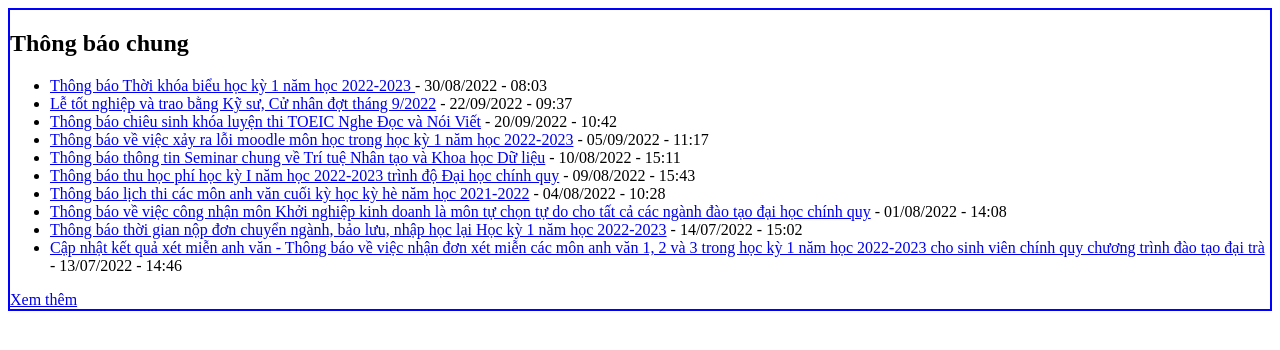
Repository: HoangDuy315/web-dev2022
Page: ex3.html
These files come from the project's save history. The page is drawn as it stood at one moment and after the next save; the edit follows.
The browser window is 1280 px wide. The pictures show the whole page.

Above is the page before, as saved 2022-09-22 15:46:25.

### ex3.html
<!DOCTYPE html>
<html lang="en">
<head>
	<meta charset="UTF-8">
	<title>HTML5</title>
	<link rel="stylesheet" href="app.css">
</head>
<body>

	<!--your work-->
	<div style="border: 2px solid blue;margin-left: 0;margin-right: auto;">
	<h2>Thông báo chung</h2>
	<div  class="content"> <div class="view view-hien-thi-bai-viet-moi view-id-hien_thi_bai_viet_moi view-display-id-block view-dom-id-68b86105987e3bca1dbd3f3334ddd50f">



		<div class="view-content">
		<div class="item-list">    <ul>          <li class="views-row views-row-1 views-row-odd views-row-first">
			<a href="https://daa.uit.edu.vn/thongbao/thong-bao-thoi-khoa-bieu-hoc-ky-1-nam-hoc-2022-2023">Thông báo Thời khóa biểu học kỳ 1 năm học 2022-2023 </a>        -
			30/08/2022 - 08:03  </li>
			<li class="views-row views-row-2 views-row-even">
			<a href="https://daa.uit.edu.vn/thongbao/le-tot-nghiep-va-trao-bang-ky-su-cu-nhan-dot-thang-92022">Lễ tốt nghiệp và trao bằng Kỹ sư, Cử nhân đợt tháng 9/2022</a>        -
			22/09/2022 - 09:37  </li>
			<li class="views-row views-row-3 views-row-odd">
			<a href="https://daa.uit.edu.vn/thongbao/thong-bao-chieu-sinh-khoa-luyen-thi-toeic-nghe-doc-va-noi-viet">Thông báo chiêu sinh khóa luyện thi TOEIC Nghe Đọc và Nói Viết</a>        -
			20/09/2022 - 10:42  </li>
			<li class="views-row views-row-4 views-row-even">
			<a href="https://daa.uit.edu.vn/thongbao/thong-bao-ve-viec-xay-ra-loi-moodle-mon-hoc-trong-hoc-ky-1-nam-hoc-2022-2023">Thông báo về việc xảy ra lỗi moodle môn học trong học kỳ 1 năm học 2022-2023</a>        -
			05/09/2022 - 11:17  </li>
			<li class="views-row views-row-5 views-row-odd">
			<a href="https://daa.uit.edu.vn/thongbao/thong-bao-thong-tin-seminar-chung-ve-tri-tue-nhan-tao-va-khoa-hoc-du-lieu">Thông báo thông tin Seminar chung về Trí tuệ Nhân tạo và Khoa học Dữ liệu</a>        -
			10/08/2022 - 15:11  </li>
			<li class="views-row views-row-6 views-row-even">
			<a href="https://daa.uit.edu.vn/thongbao/thong-bao-thu-hoc-phi-hoc-ky-i-nam-hoc-2022-2023-trinh-do-dai-hoc-chinh-quy">Thông báo thu học phí học kỳ I năm học 2022-2023 trình độ Đại học chính quy</a>        -
			09/08/2022 - 15:43  </li>
			<li class="views-row views-row-7 views-row-odd">
			<a href="https://daa.uit.edu.vn/thongbao/thong-bao-lich-thi-cac-mon-anh-van-cuoi-ky-hoc-ky-he-nam-hoc-2021-2022">Thông báo lịch thi các môn anh văn cuối kỳ học kỳ hè năm học 2021-2022</a>        -
			04/08/2022 - 10:28  </li>
			<li class="views-row views-row-8 views-row-even">
			<a href="https://daa.uit.edu.vn/thongbao/thong-bao-ve-viec-cong-nhan-mon-khoi-nghiep-kinh-doanh-la-mon-tu-chon-tu-do-cho-tat-ca-cac">Thông báo về việc công nhận môn Khởi nghiệp kinh doanh là môn tự chọn tự do cho tất cả các ngành đào tạo đại học chính quy</a>        -
			01/08/2022 - 14:08  </li>
			<li class="views-row views-row-9 views-row-odd">
			<a href="https://daa.uit.edu.vn/thongbao/thong-bao-thoi-gian-nop-don-chuyen-nganh-bao-luu-nhap-hoc-lai-hoc-ky-1-nam-hoc-2022-2023">Thông báo thời gian nộp đơn chuyển ngành, bảo lưu, nhập học lại Học kỳ 1 năm học 2022-2023</a>        -
			14/07/2022 - 15:02  </li>
			<li class="views-row views-row-10 views-row-even views-row-last">
			<a href="https://daa.uit.edu.vn/thongbao/cap-nhat-ket-qua-xet-mien-anh-van-thong-bao-ve-viec-nhan-don-xet-mien-cac-mon-anh-van-1-2-1">Cập nhật kết quả xét miễn anh văn - Thông báo về việc nhận đơn xét miễn các môn anh văn 1, 2 và 3 trong học kỳ 1 năm học 2022-2023 cho sinh viên chính quy chương trình đào tạo đại trà</a>        -
			13/07/2022 - 14:46  </li>
		</ul></div>    </div>




  <div class="more-link">
	<a href="https://daa.uit.edu.vn/thong-bao-chung">
	  Xem thêm  </a>
  </div>

</div>

  </div> </div>

</body>
</html>

Loaded but not shown: lab4/src/App.css (common file)

After the next save:
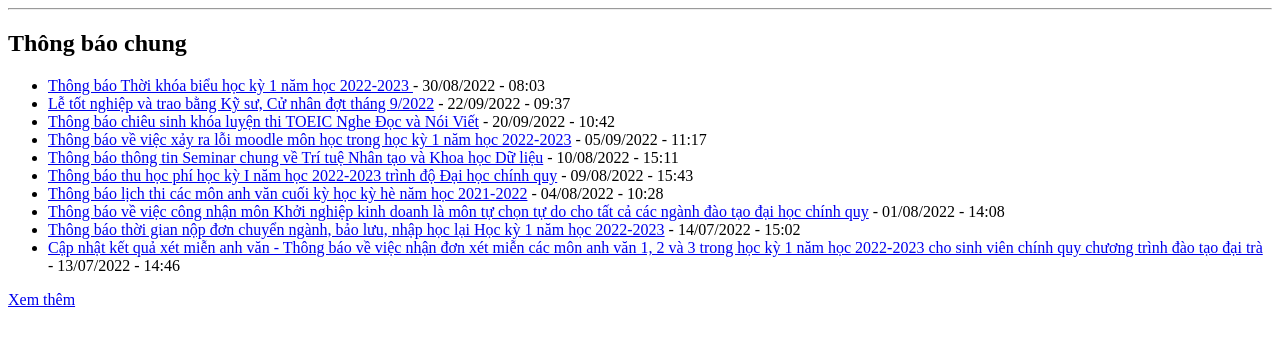
Saved 15 s later.
--- a/ex3.html
+++ b/ex3.html
@@ -8,7 +8,7 @@
 <body>
 
 	<!--your work-->
-	<div style="border: 2px solid blue;margin-left: 0;margin-right: auto;">
+	<hr>
 	<h2>Thông báo chung</h2>
 	<div  class="content"> <div class="view view-hien-thi-bai-viet-moi view-id-hien_thi_bai_viet_moi view-display-id-block view-dom-id-68b86105987e3bca1dbd3f3334ddd50f">
 
